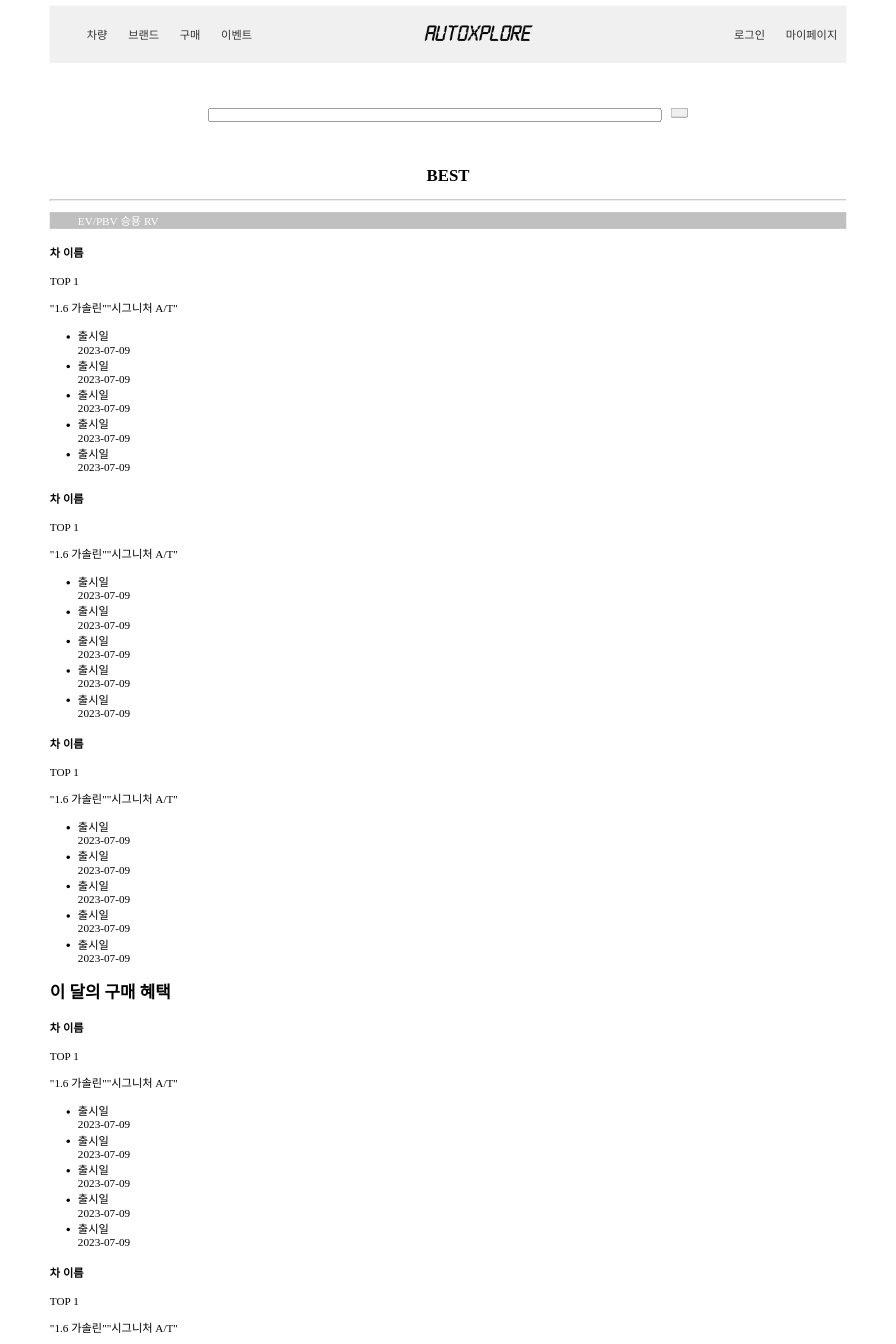
Repository: Autoxplore/Autoxplore
Page: main/main.html
These files come from the project's save history. The page is drawn as it stood at one moment and after the next save; the edit follows.
The browser window is 1280 px wide. The pictures show the part of the page from y = 0 to 1920 px (the page is 3362 px tall), at 70% of full size.

Above is the page before, as saved 2023-08-03 09:12:14.

### main/main.html
<!DOCTYPE html>
<html lang="en">
<head>
    <meta charset="UTF-8">
    <meta name="viewport" content="width=device-width, initial-scale=1.0">
    <title>AUTOXPLORE MAIN</title>
    <link rel="stylesheet" href="style/main.css">
</head>
<body>
    <div id="wrap">
        <header>
            <nav class="header1">
                <ul>
                    <li><a href="#">차량</a></li>
                    <li><a href="#">브랜드</a></li>
                    <li><a href="#">구매</a></li>
                    <li><a href="#">이벤트</a></li>
                </ul>
            </nav>
                <a href="#" title="메인 페이지로 이동" ><img class="logo" src="/main/image/logo.png" alt="AUTOXPLORE 로고"></a>
            <nav class="header2">
                <ul>
                    <li><a href="#">로그인</a></li>
                    <li><a href="#">마이페이지</a></li>
                </ul>
            </nav>
        </header>
        <section class="search">
            <input type="text">
            <input type="button">
        </section>
        <div>
            <div class="best">
                <h2>BEST</h2>
                <hr>
                <ul>
                    <li><a href="#">EV/PBV</a></li>
                    <li><a href="#">승용</a></li>
                    <li><a href="#">RV</a></li>
                </ul>
            </div>
            <div>
                <section>
                    <div>
                        <h4>차 이름</h4>
                        <p>TOP 1</p>
                        <p>"1.6 가솔린"<span>"시그니처 A/T"</span></p>
                    </div>
                    <div>
                        <ul>
                            <li>
                                <div>출시일</div>
                                <div>2023-07-09</div>
                            </li>
                            <li>
                                <div>출시일</div>
                                <div>2023-07-09</div>
                            </li>
                            <li>
                                <div>출시일</div>
                                <div>2023-07-09</div>
                            </li>
                            <li>
                                <div>출시일</div>
                                <div>2023-07-09</div>
                            </li>
                            <li>
                                <div>출시일</div>
                                <div>2023-07-09</div>
                            </li>
                        </ul>
                    </div>
                </section>
                <section>
                    <div>
                        <h4>차 이름</h4>
                        <p>TOP 1</p>
                        <p>"1.6 가솔린"<span>"시그니처 A/T"</span></p>
                    </div>
                    <div>
                        <ul>
                            <li>
                                <div>출시일</div>
                                <div>2023-07-09</div>
                            </li>
                            <li>
                                <div>출시일</div>
                                <div>2023-07-09</div>
                            </li>
                            <li>
                                <div>출시일</div>
                                <div>2023-07-09</div>
                            </li>
                            <li>
                                <div>출시일</div>
                                <div>2023-07-09</div>
                            </li>
                            <li>
                                <div>출시일</div>
                                <div>2023-07-09</div>
                            </li>
                        </ul>
                    </div>
                </section>
                <section>
                    <div>
                        <h4>차 이름</h4>
                        <p>TOP 1</p>
                        <p>"1.6 가솔린"<span>"시그니처 A/T"</span></p>
                    </div>
                    <div>
                        <ul>
                            <li>
                                <div>출시일</div>
                                <div>2023-07-09</div>
                            </li>
                            <li>
                                <div>출시일</div>
                                <div>2023-07-09</div>
                            </li>
                            <li>
                                <div>출시일</div>
                                <div>2023-07-09</div>
                            </li>
                            <li>
                                <div>출시일</div>
                                <div>2023-07-09</div>
                            </li>
                            <li>
                                <div>출시일</div>
                                <div>2023-07-09</div>
                            </li>
                        </ul>
                    </div>
                </section>
            </div>
        </div>
        <div>
            <h2>이 달의 구매 혜택</h2>
            <div>
                <section>
                    <div>
                        <h4>차 이름</h4>
                        <p>TOP 1</p>
                        <p>"1.6 가솔린"<span>"시그니처 A/T"</span></p>
                    </div>
                    <div>
                        <ul>
                            <li>
                                <div>출시일</div>
                                <div>2023-07-09</div>
                            </li>
                            <li>
                                <div>출시일</div>
                                <div>2023-07-09</div>
                            </li>
                            <li>
                                <div>출시일</div>
                                <div>2023-07-09</div>
                            </li>
                            <li>
                                <div>출시일</div>
                                <div>2023-07-09</div>
                            </li>
                            <li>
                                <div>출시일</div>
                                <div>2023-07-09</div>
                            </li>
                        </ul>
                    </div>
                </section>
                <section>
                    <div>
                        <h4>차 이름</h4>
                        <p>TOP 1</p>
                        <p>"1.6 가솔린"<span>"시그니처 A/T"</span></p>
                    </div>
                    <div>
                        <ul>
                            <li>
                                <div>출시일</div>
                                <div>2023-07-09</div>
                            </li>
                            <li>
                                <div>출시일</div>
                                <div>2023-07-09</div>
                            </li>
                            <li>
                                <div>출시일</div>
                                <div>2023-07-09</div>
                            </li>
                            <li>
                                <div>출시일</div>
                                <div>2023-07-09</div>
                            </li>
                            <li>
                                <div>출시일</div>
                                <div>2023-07-09</div>
                            </li>
                        </ul>
                    </div>
                </section>
                <section>
                    <div>
                        <h4>차 이름</h4>
                        <p>TOP 1</p>
                        <p>"1.6 가솔린"<span>"시그니처 A/T"</span></p>
                    </div>
                    <div>
                        <ul>
                            <li>
                                <div>출시일</div>
                                <div>2023-07-09</div>
                            </li>
                            <li>
                                <div>출시일</div>
                                <div>2023-07-09</div>
                            </li>
                            <li>
                                <div>출시일</div>
                                <div>2023-07-09</div>
                            </li>
                            <li>
                                <div>출시일</div>
                                <div>2023-07-09</div>
                            </li>
                            <li>
                                <div>출시일</div>
                                <div>2023-07-09</div>
                            </li>
                        </ul>
                    </div>
                </section>
            </div>
        </div>
        <div>
            <div>
                <ul>
                    <li><a href="#">카니발</a></li>
                    <li><a href="#">쏘렌토</a></li>
                    <li><a href="#">K8</a></li>
                </ul>
            </div>
            <div>
                <section>
                    <div>
                        <h4>차 이름</h4>
                        <p>TOP 1</p>
                        <p>"1.6 가솔린"<span>"시그니처 A/T"</span></p>
                    </div>
                    <div>
                        <ul>
                            <li>
                                <div>출시일</div>
                                <div>2023-07-09</div>
                            </li>
                            <li>
                                <div>출시일</div>
                                <div>2023-07-09</div>
                            </li>
                            <li>
                                <div>출시일</div>
                                <div>2023-07-09</div>
                                <div>2023-07-09</div>
                            </li>
                            <li>
                                <div>total</div>
                            </li>
                        </ul>
                    </div>
                    <div>
                        <img src="#" alt="자동차">
                    </div>
                </section>
            </div>
        </div>
        <div>
            <h2>NEWS</h2>
            <article>
                <section>
                    <div>
                        <h4>우리 소식</h4>
                        <h3>소식 제목</h3>
                        <p>내용내용</p>
                    </div>
                    <div>
                        <input type="button">
                    </div>
                </section>
                <section></section>
            </article>
        </div>
        <div>
            <section>
                <ul>
                    <li>
                        <div><a href="#">뉴스
                            <br>
                            내용내용
                        </a></div>
                    </li>
                    <li>
                        <div><a href="#">뉴스
                            <br>
                            내용내용
                        </a></div>
                    </li>
                    <li>
                        <div><a href="#">뉴스
                            <br>
                            내용내용
                        </a></div>
                    </li>
                </ul>
            </section>
        </div>
        <a href="#">상담</a>
        <footer>footer 입니다</footer>
    </div>
</body>
</html>

### main/style/main.css
@media screen and (min-width:1024px),
screen and (min-height:1024px) and (orientation:landscape){

    #wrap{
        width: 90%;
        margin: 0 auto;
    }

    /* 헤더 */
    header{
        display: flex;
        flex-direction: row;
        justify-content: space-between;
        align-items: center;
        background: rgba(220, 216, 216, 0.39);
        margin: 0 auto;
    }

    nav{
        display: flex;
        flex-direction: row;
        justify-content: space-between;
        flex-wrap: wrap;
    }

    .header1{
        margin-right: auto;
    }

    .header2{
        margin-left: auto;
    }

    .logo{
        width: 10rem;
        /* float: center; */
        margin: 0 auto;
    }

    nav ul li{
        display: inline-block;
        list-style: none;
        margin: 1vw;
    }

    nav li a{
        text-decoration: none;
        color: #333;
    }

    /* 검색창 */
    .search{
        display: flex;
        justify-content: center;
        margin: 5vw;
    }

    .search input[type="text"]{
        width: 50vw;
        height: 2vh;
    }

    .search input[type="button"]{
        width: 2vw;
        height: 2vh;
        margin-left: 1vw;
    }

    /* best 섹션 */
    .best h2{
        text-align: center;
    }

    .best ul{
        background-color: silver;
    }

    .best ul li{
        display: inline-block;
        justify-content: center;
    }

    .best ul li a{
        text-decoration: none;
        color: white;
    }

}

After the next save:
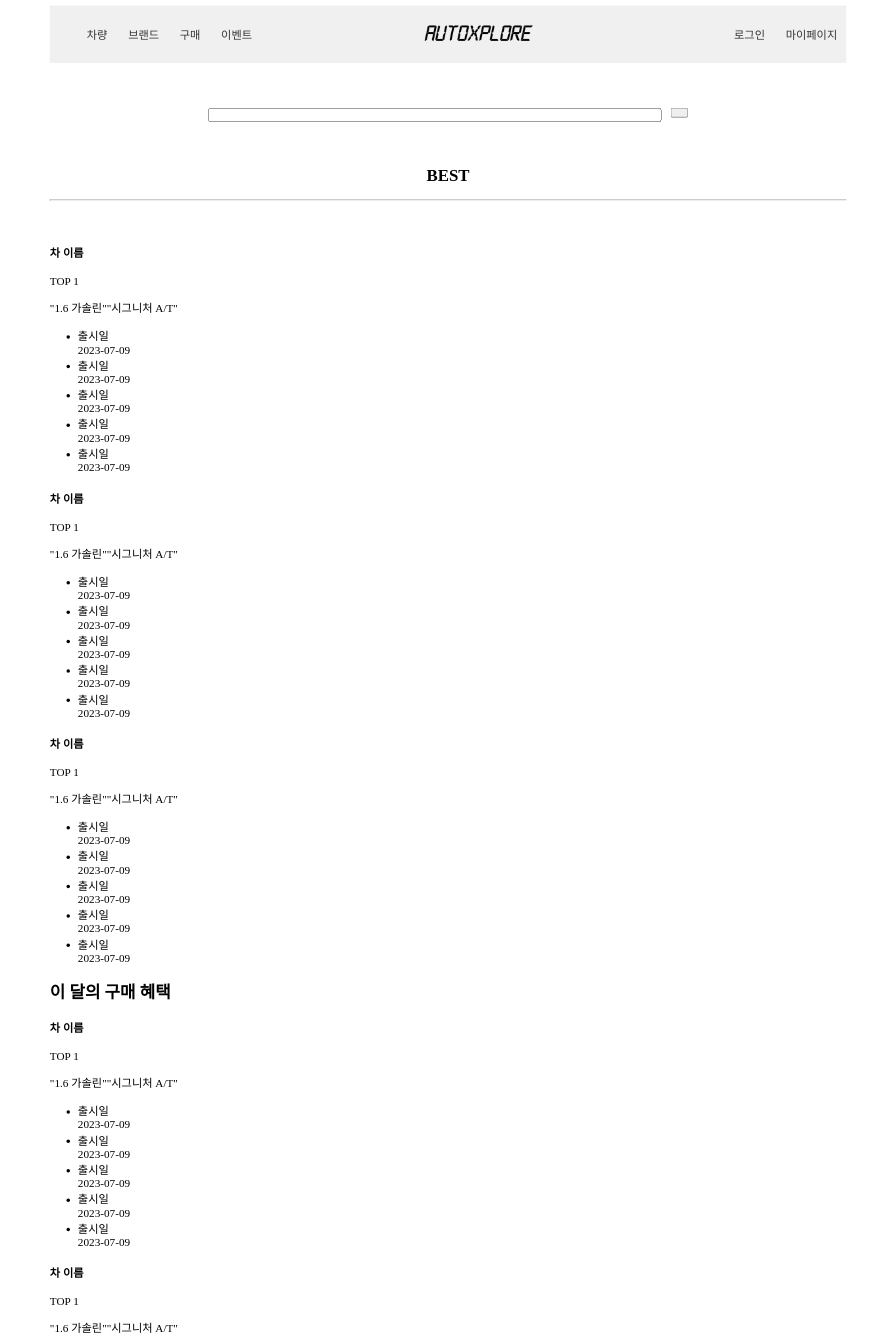
Saved 107 s later.
--- a/main/style/main.css
+++ b/main/style/main.css
@@ -71,7 +71,7 @@
         text-align: center;
     }
 
-    .best ul{
+    .best_header ul{
         background-color: silver;
     }
 

After the 2 saves that followed:
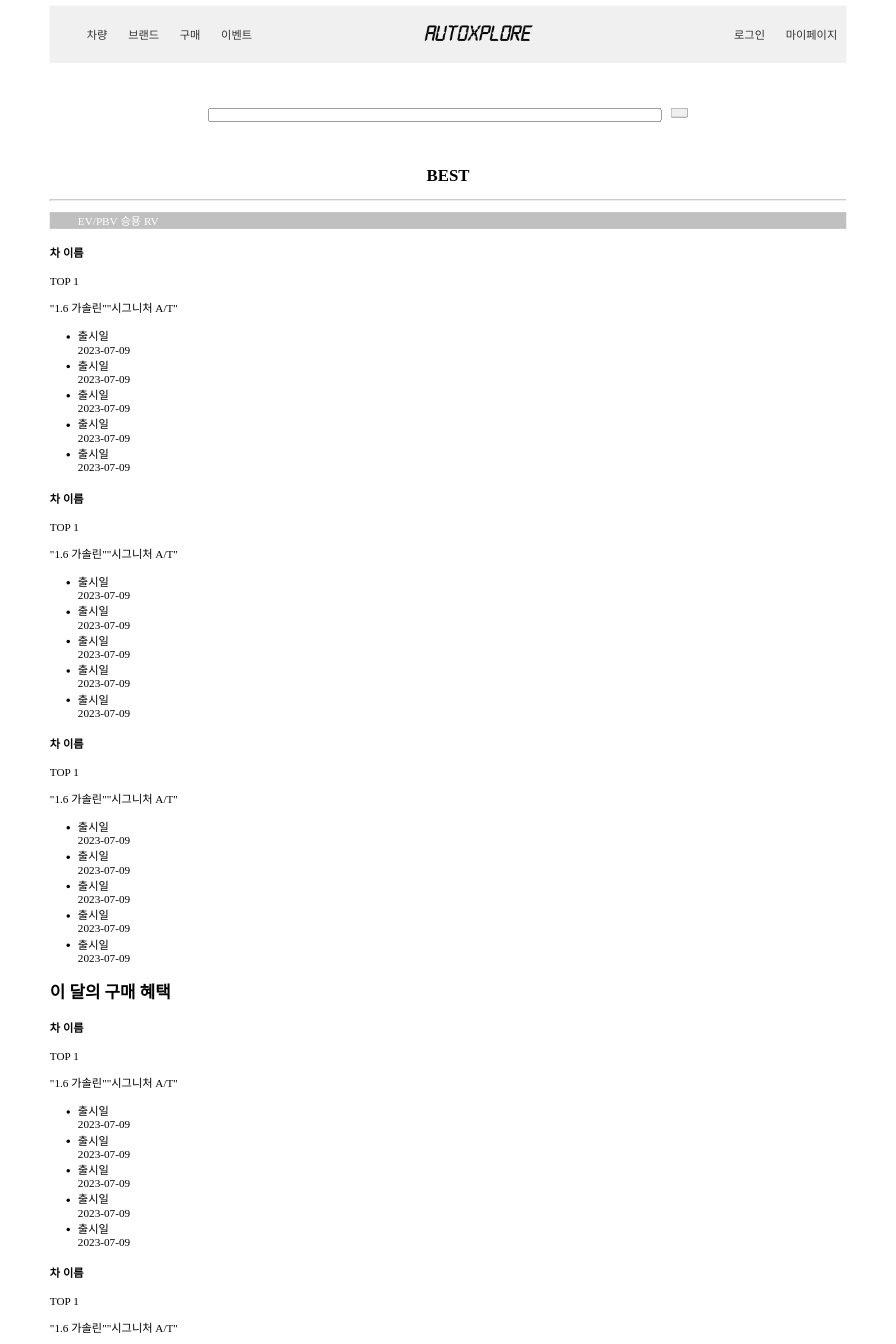
The 2 saves are shown as one change because 1 left the picture as it was.
The last was saved 17 s later.
--- a/main/main.html
+++ b/main/main.html
@@ -33,11 +33,13 @@
             <div class="best">
                 <h2>BEST</h2>
                 <hr>
-                <ul>
-                    <li><a href="#">EV/PBV</a></li>
-                    <li><a href="#">승용</a></li>
-                    <li><a href="#">RV</a></li>
-                </ul>
+                <div class="bestHeader">
+                    <ul>
+                        <li><a href="#">EV/PBV</a></li>
+                        <li><a href="#">승용</a></li>
+                        <li><a href="#">RV</a></li>
+                    </ul>
+                </div>
             </div>
             <div>
                 <section>
--- a/main/style/main.css
+++ b/main/style/main.css
@@ -71,7 +71,7 @@
         text-align: center;
     }
 
-    .best_header ul{
+    .best ul{
         background-color: silver;
     }
 
@@ -83,6 +83,7 @@
     .best ul li a{
         text-decoration: none;
         color: white;
+
     }
 
 }
